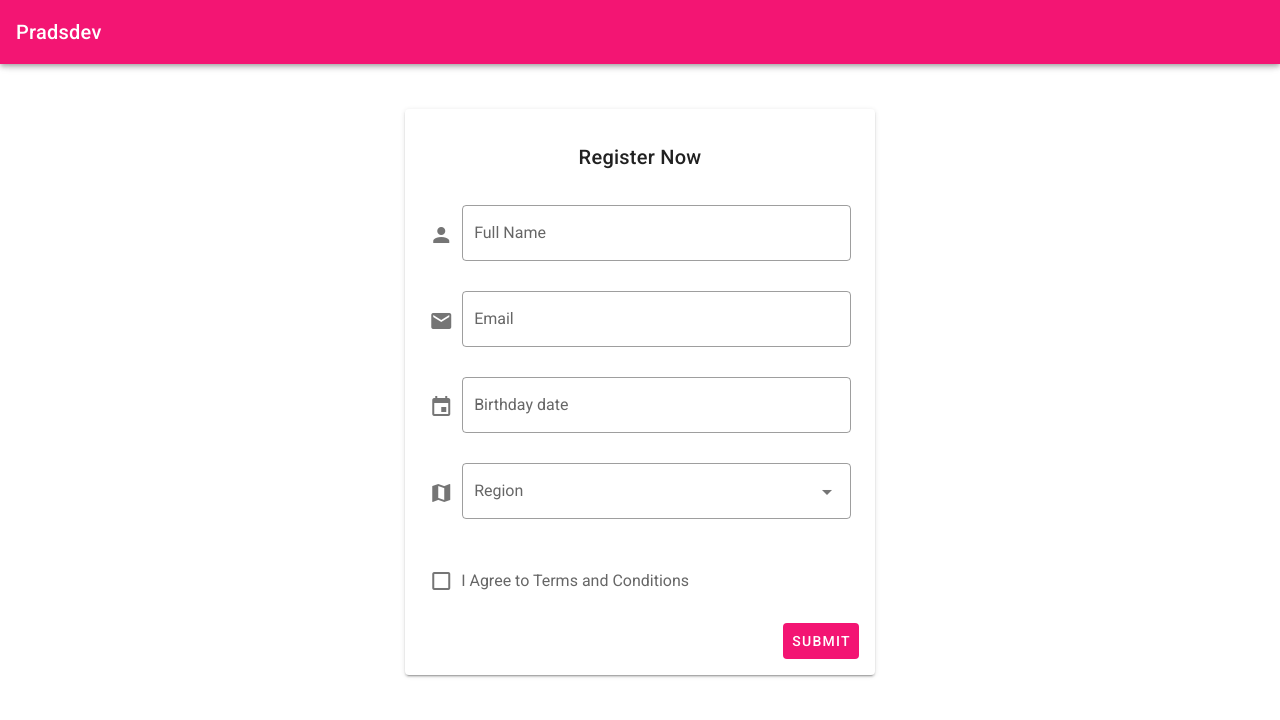
Repository: pradsdev/vue-form-validate
Page: /
These files come from the project's save history. The page is drawn as it stood at one moment and after the next save; the edit follows.
The browser window is 1280 px wide. The pictures show the whole page.
The project was rebuilt for these pictures with package versions that can differ from the ones it lists, and the page was loaded fresh each time. Also part of the build but not shown: vue.config.js.

Above is the page before, as saved 2020-12-21 23:40:16.

After the next save:
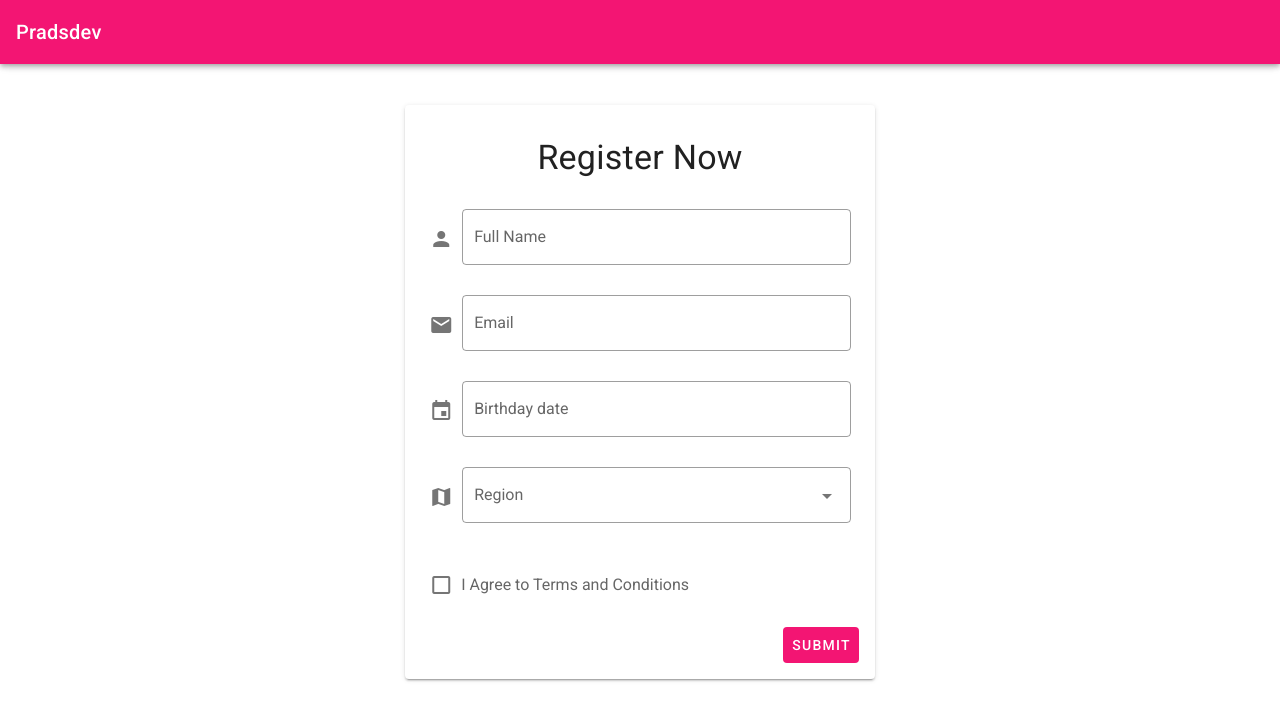
Saved 8 s later.
--- a/src/components/Form.vue
+++ b/src/components/Form.vue
@@ -3,7 +3,7 @@
     <v-row class="text-center justify-center">
       <v-col cols="5">
         <v-card>
-          <v-card-title class="py-8 mx-2 d-flex flex-row justify-center">
+          <v-card-title class="py-8 display-1 mx-2 d-flex flex-row justify-center">
             <div>
               Register Now
             </div>
